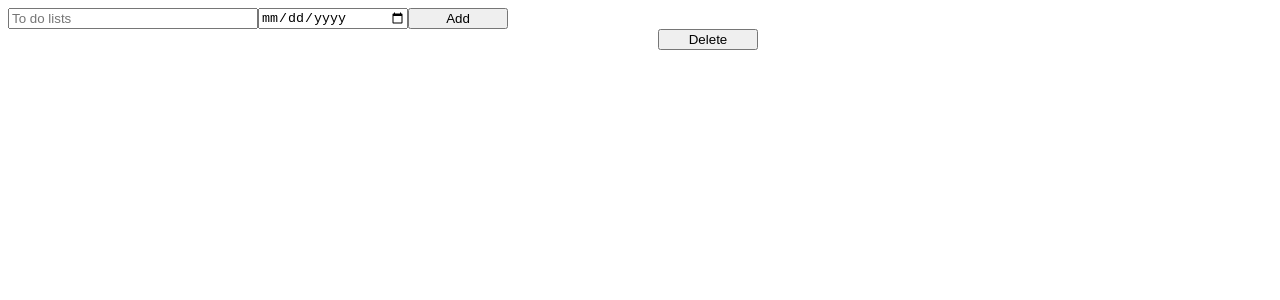
Repository: pgyunknown/ToDo-List
Page: index.html
The author's editor kept a copy of each file at every save. The page is drawn from the files as they stood at one save, then again after the next save.
The browser window is 1280 px wide. The pictures show the whole page.

Above is the page before, as saved 2024-08-29 19:44:29.

After the next save:
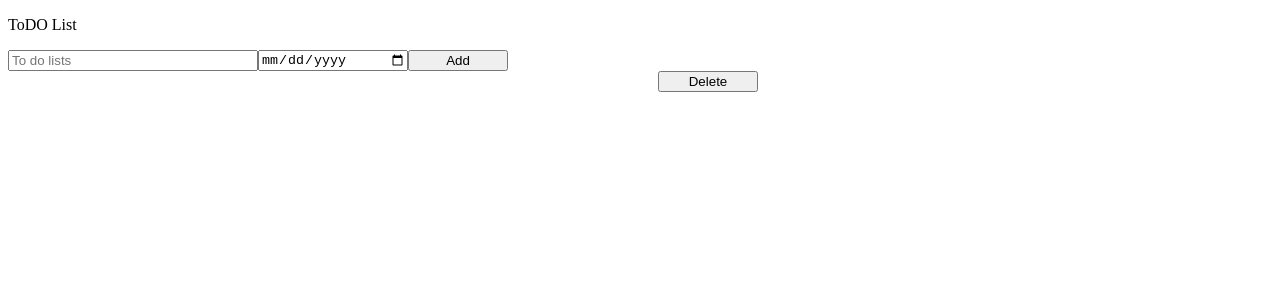
Saved 5 s later.
--- a/index.html
+++ b/index.html
@@ -7,6 +7,7 @@
   <title>Document</title>
 </head>
 <body>
+    <p>ToDO List</p>
   <div class="grid-body">
 
   <input placeholder="To do lists" class="js-name-input"><input type="date" class="js-date-b"><button onclick="addWork();">Add</button><br>
